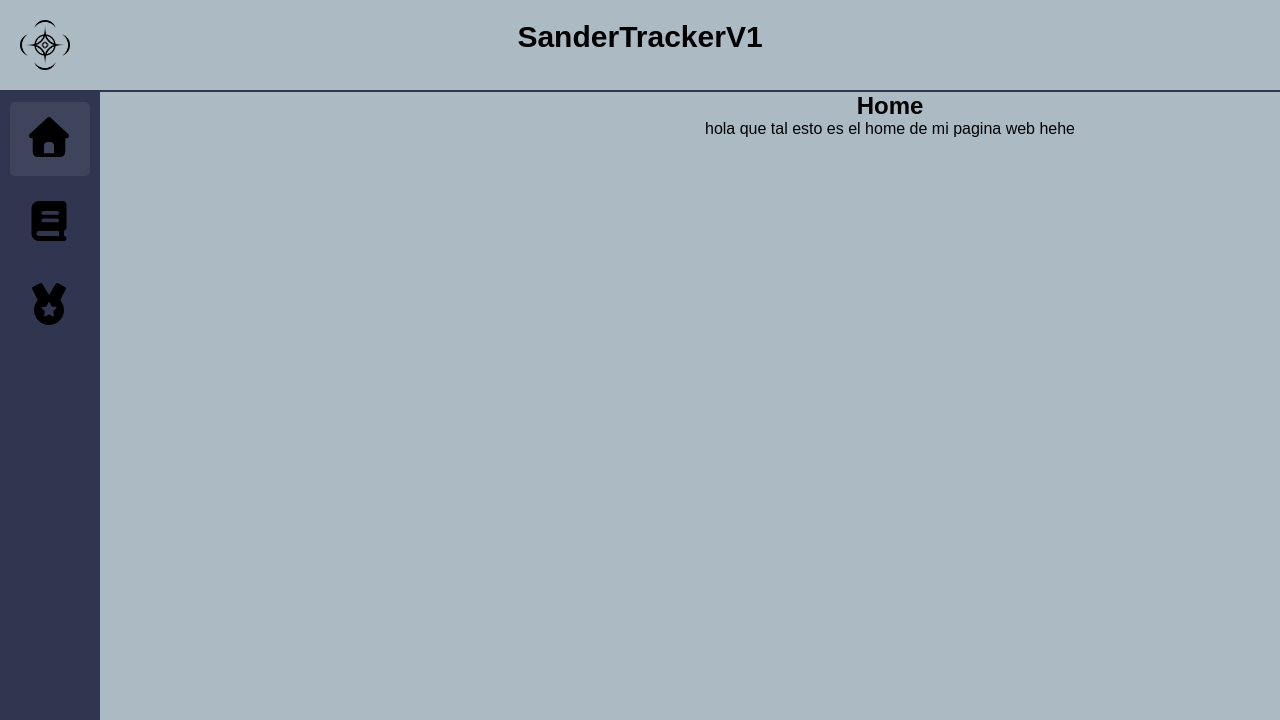
Repository: iocolopus/learn_web
Page: sandertracker_1/index.html
The author's editor kept a copy of each file at every save. The page is drawn from the files as they stood at one save, then again after the next save.
The browser window is 1280 px wide. The pictures show the whole page.

Above is the page before, as saved 2026-02-18 21:22:30.

### sandertracker_1/index.html
<!DOCTYPE html>
<html lang="en">
<head>
    <meta charset="UTF-8">
    <meta name="viewport" content="width=device-width, initial-scale=1.0">
    <title>sandertracker_v1</title>
    <link rel="stylesheet" href="styles.css">
    <link rel="stylesheet" href="styles_section.css">
</head>
<body>
    <header>
        <img src="media/comere_logo.png" alt="logo del cosmere" id="pageLogo">
        <h1 id="headerText">SanderTrackerV1</h1>
    </header>
    <nav class="navBar">
        <div class="navItem inNavItem" id="navItem1">
            <img src="media/house-solid-full.svg" alt="more" class="navIcon">
            <h2 class="navText">Home</h2>
        </div>

        <div class="navItem" id="navItem2">
            <img src="media/book-solid-full.svg" alt="more" class="navIcon">
            <h2 class="navText">Books</h2>
        </div>

        <div class="navItem" id="navItem3">
            <img src="media/medal-solid-full.svg" alt="more" class="navIcon">
            <h2 class="navText">Goals</h2>
        </div>
    </nav>

    <section class="inSection" id="home">
        <h1>Home</h1>
        <p>hola que tal esto es el home de mi pagina web hehe</p>
    </section>

    <section id="books">
        <h1>Books</h1>
        <p>hola que tal esto es el books de mi pagina web hehe</p>
    </section>

        <section id="goals">
        <h1>Goals</h1>
        <p>hola que tal esto es el goals de mi pagina web hehe</p>
    </section>



    <script src="script.js"></script>
</body>
</html>

### sandertracker_1/styles.css
* {
    margin: 0;
    font-family: sans-serif;
}

body {
    background-color: rgb(172, 186, 196);
}

header {
    background-color: rgb(172, 186, 196);
    border-bottom: 2px solid rgb(48, 54, 79);
    height: 90px;
    text-align: left;
    position: relative;
    text-align: center;
}

#pageLogo {
    position: absolute;
    left: 0;
    right: 0;
    margin: 20px;
    display: inline-block;
    width: 50px;

}

#headerText {
    margin-top: 20px;
    font-size: 30px;
    font-weight: 700;
    display: inline-block;
}

.navBar {
    position: fixed;
    transition: all 0.2s ease;
    background-color: rgb(48, 54, 79);
    height: calc(100vh - 90px);
    width: 100px;
    overflow: hidden;
}

.navBar:hover{
    width: 200px;
}

.navItem.inNavItem{
    background-color: rgba(172, 186, 196, 0.1);
    border-radius: 5px;
}

.navItem:hover{
    margin: 10px;
    padding: 10px;
    cursor: pointer;
    background-color: rgba(172, 186, 196, 0.2) !important;
    border-radius: 5px;
}

.navItem {
    margin: 10px;
    padding: 10px;
}


.navIcon {
    width: 50px;
    margin-left: 4px;
    height: auto;
    display: inline-block;
    fill: rgb(172, 186, 196);
}



.navText{
    display: none;
    margin-left: 20px;
    color: rgb(172, 186, 196);
    transform: translate(0, -60%);
}

.navText.transparent{
    opacity: 0;
    transition: all 0.3s ease;
}

.navText.opaque{
    opacity: 1;
}

.navText.hovered{
    display: inline-block;

    margin-left: 20px;
    color: rgb(172, 186, 196);
    transform: translate(0, -60%);

}

### sandertracker_1/styles_section.css
section {
    display: none;
}

section.inSection {
    margin-left: 500px;
    text-align: center;
    display: block;
}

### sandertracker_1/script.js
const navBar = document.querySelector(".navBar")
const navTexts = document.querySelectorAll(".navText")
const navItems = document.querySelectorAll(".navItem")
let currentinSection = document.querySelector(".inSection")


navBar.addEventListener("mouseenter", () => {
    time_out = setTimeout( () => {
        navTexts.forEach(
        navText => {
            navText.classList.add("hovered")
        }
    )
    }, 130)
})

navBar.addEventListener("mouseleave", () => {
    clearTimeout(time_out)
    navTexts.forEach(
        navText => navText.classList.remove("hovered")
    )
})

navItems.forEach((navItem) =>
    navItem.addEventListener("click", (event) => {
    id_click = event.currentTarget.id
    console.log(event.currentTarget.id)
    if (id_click == "navItem1"){
        currentinSection.classList.remove("inSection")
        currentinSection = document.querySelector("#home")
        currentinSection.classList.add("inSection")
    }
    else if (id_click == "navItem2"){
        currentinSection.classList.remove("inSection")
        currentinSection = document.querySelector("#books")
        currentinSection.classList.add("inSection")
    }
    else if (id_click == "navItem3"){
        currentinSection.classList.remove("inSection")
        currentinSection = document.querySelector("#goals")
        currentinSection.classList.add("inSection")
    }


})
)

After the next save:
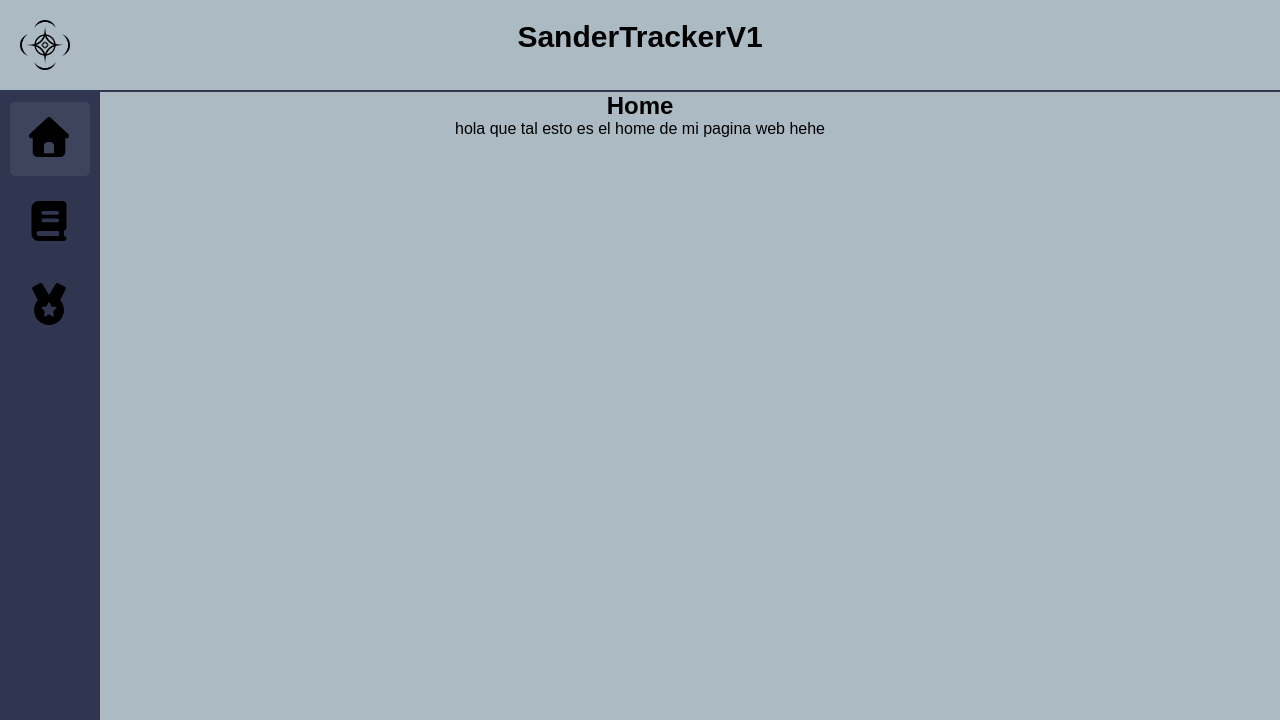
Saved 4 s later.
--- a/sandertracker_1/styles_section.css
+++ b/sandertracker_1/styles_section.css
@@ -3,7 +3,6 @@ section {
 }
 
 section.inSection {
-    margin-left: 500px;
     text-align: center;
     display: block;
 }
